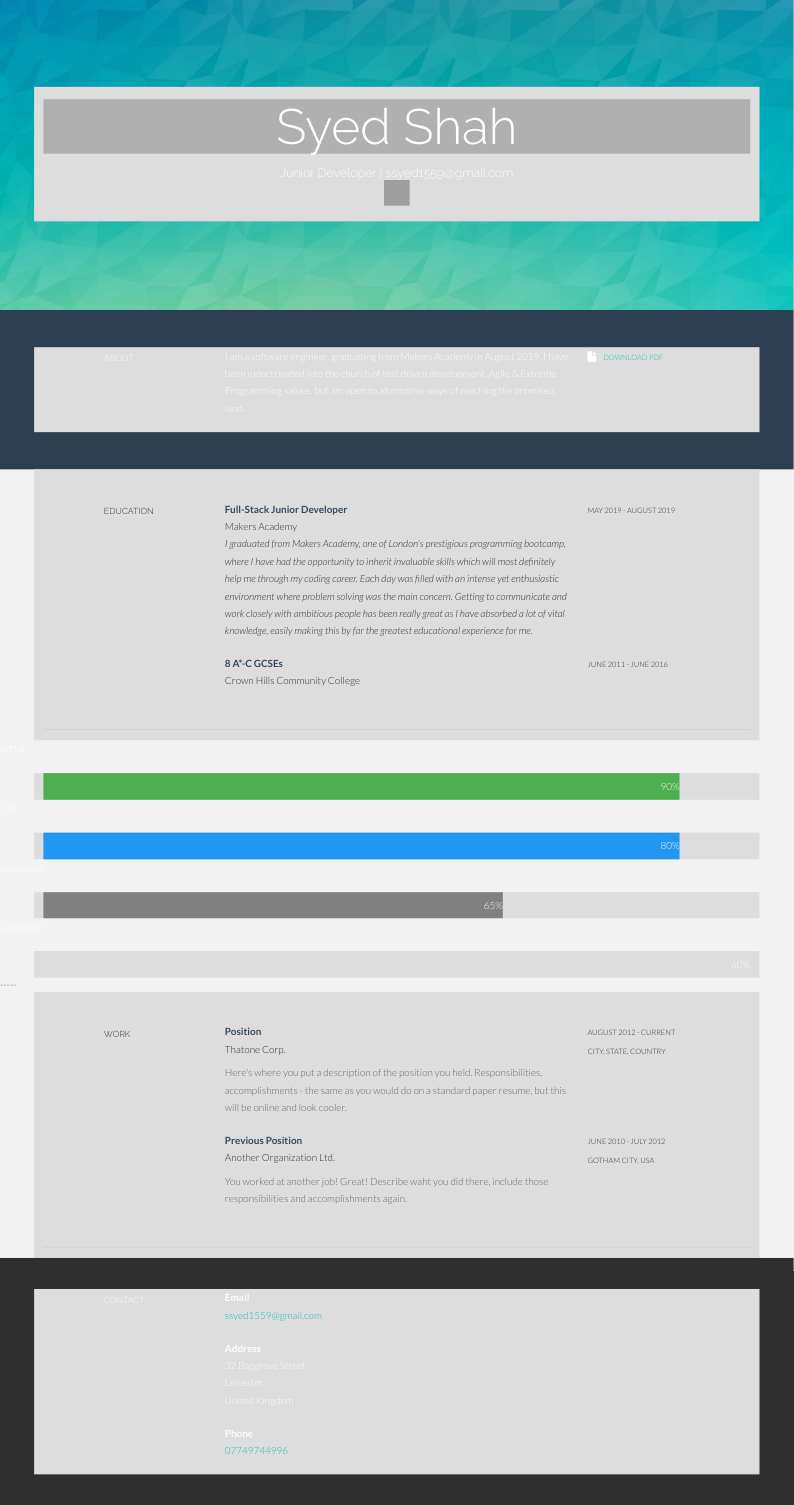
Repository: Syed-A-Shah/Resume
Page: index.html
The author's editor kept a record of every edit. The page is drawn from the files as they stood at one moment, then again after the next edit.
The browser window is 1280 px wide. The pictures show the whole page, at 62% of full size.
Pictures or frames that could not be fetched are drawn as grey boxes.

Above is the page before.

After the next edit:
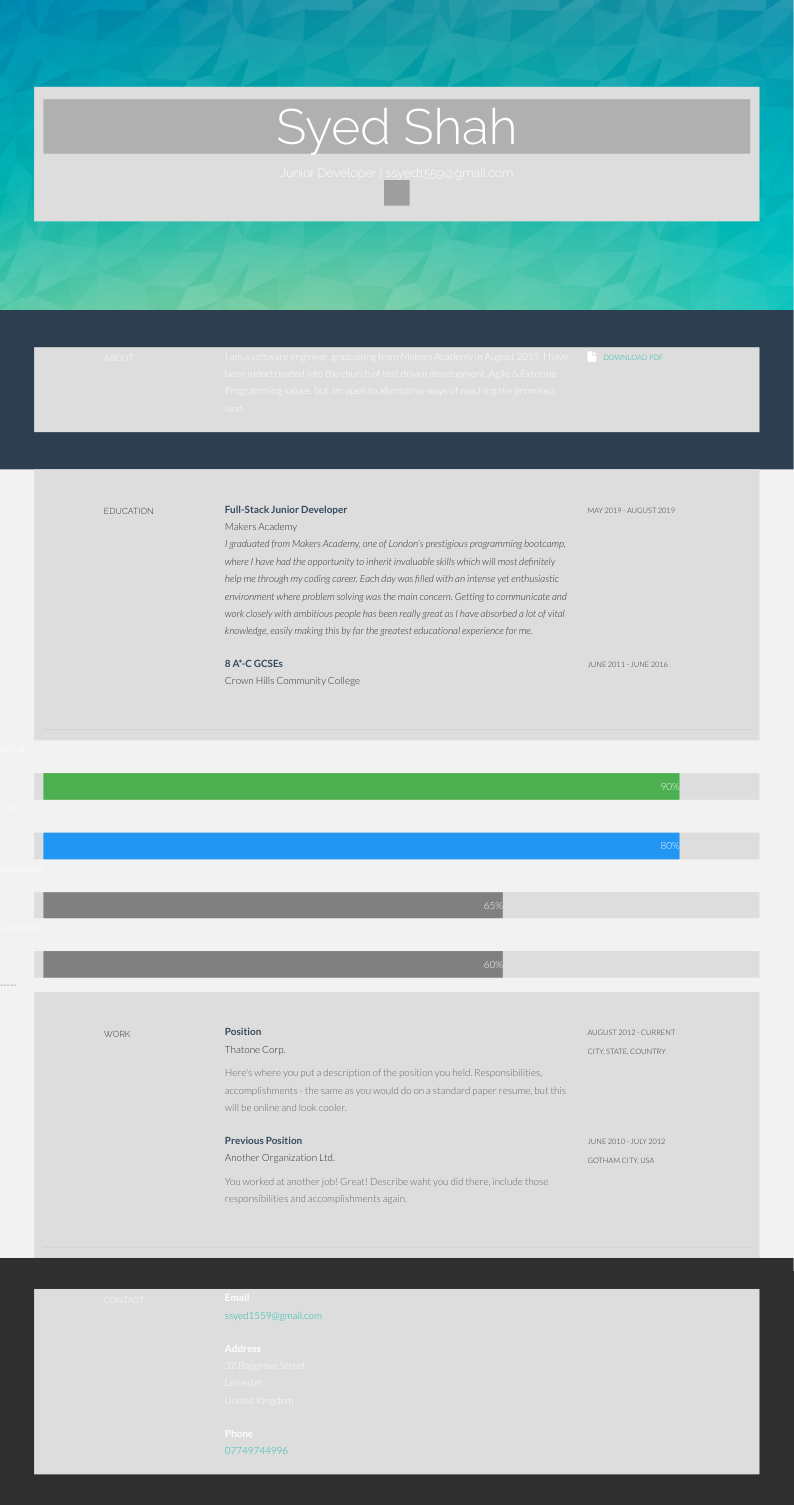
The edit:
--- a/index.html
+++ b/index.html
@@ -145,7 +145,7 @@
 
 	<p>JavaScript</p>
 	<div class="container">
-	  <div class="skills php">60%</div>
+	  <div class="skills js">60%</div>
 	</div>
 	-----
 	<div class="container desc">
